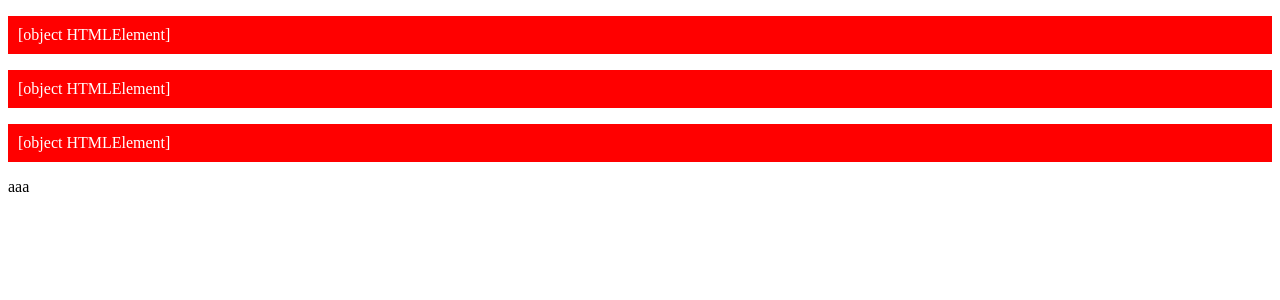
Repository: yeyanghui0616/web-components-test
Page: 01-hellolworld.html
These files come from the project's save history. The page is drawn as it stood at one moment and after the next save; the edit follows.
The browser window is 1280 px wide. The pictures show the whole page.

Above is the page before, as saved 2023-07-17 14:33:37.

After the next save:
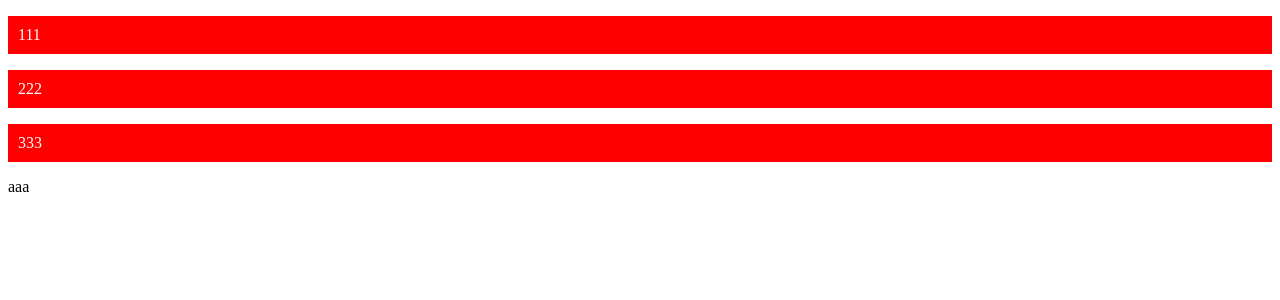
Saved 6 s later.
--- a/01-hellolworld.html
+++ b/01-hellolworld.html
@@ -41,7 +41,7 @@
                 console.log(this.getAttribute('message'))
 
                 // shadowRoot 相当于我们的根结点
-                shadowRoot.querySelector('p').innerHTML = this
+                shadowRoot.querySelector('p').innerHTML = this.getAttribute('message')
             }
 
         }
